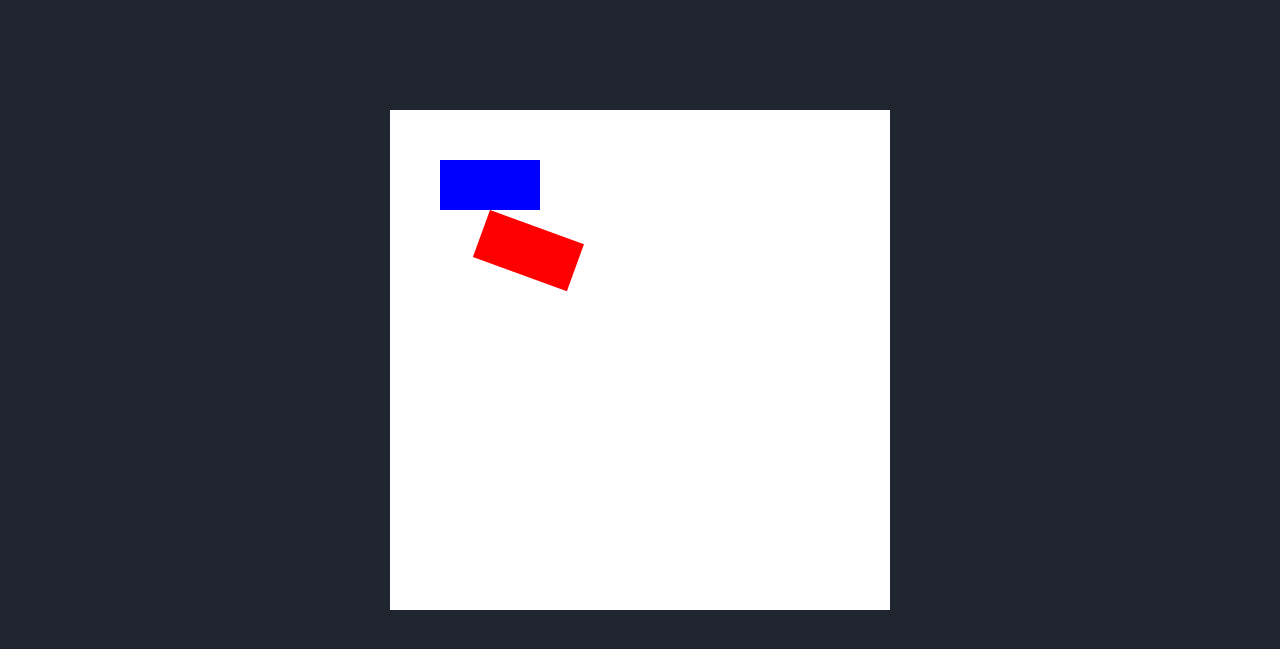
Repository: thecodeholic/cst-javascript-course
Page: /
The author's editor kept a copy of each file at every save. The page is drawn from the files as they stood at one save, then again after the next save.
The browser window is 1280 px wide. The pictures show the whole page.
The project was rebuilt for these pictures with package versions that can differ from the ones it lists, and the page was loaded fresh each time.

Above is the page before, as saved 2020-11-25 10:38:29.

### index.html
<!doctype html>
<html lang="en">
  <head>
    <!-- Required meta tags -->
    <meta charset="utf-8">
    <meta name="viewport" content="width=device-width, initial-scale=1, shrink-to-fit=no">

    <!-- Bootstrap CSS -->
    <link rel="stylesheet" href="https://stackpath.bootstrapcdn.com/bootstrap/4.5.2/css/bootstrap.min.css" integrity="sha384-JcKb8q3iqJ61gNV9KGb8thSsNjpSL0n8PARn9HuZOnIxN0hoP+VmmDGMN5t9UJ0Z" crossorigin="anonymous">

    <title>Javascript Course</title>

    <link rel="stylesheet" href="app.css">
  </head>
  <body>
    <canvas id="myCanvas" width="500" height="500">Your browser does not support canvas</canvas>
    <script src="app.js"></script>
    <!-- <script src="homework.js"></script> -->
  </body>
</html>

### app.css
* {
    box-sizing: border-box;
}
html {
    height: 100%;
}

body {
    background-color: rgb(31, 38, 48);
    display: flex;
    align-items: center;
    justify-content: center;
    height: 100%;;
}

canvas {
    background-color: #FFF;

}

### app.js
// What is canvas?
// https://developer.mozilla.org/en-US/docs/Web/API/Canvas_API/Tutorial
// https://www.w3schools.com/html/html5_canvas.asp
// https://www.w3schools.com/graphics/canvas_intro.asp
// https://www.w3schools.com/graphics/canvas_reference.asp
// https://developer.mozilla.org/en-US/docs/Web/API/Canvas_API

// How to create it and use it
const canvas = document.getElementById('myCanvas');
const ctx = canvas.getContext('2d');

// Draw rectangles
// =================
// fillRect
ctx.fillStyle = 'blue';
ctx.fillRect(50, 50, 100, 50);


ctx.translate(100, 100);
ctx.rotate(degToRad(20))
ctx.fillStyle = 'red';
ctx.fillRect(0, 0, 100, 50);

function degToRad(deg) {
    return (Math.PI/180) * deg;
}

// // strokeRect
// ctx.strokeStyle = 'green';
// ctx.lineWidth = 4;
// ctx.strokeRect(200, 50, 100, 50);

// // clearRect
// ctx.clearRect(55, 55, 90, 40);

// // fillText
// ctx.font = '36px Arial';
// ctx.fillStyle = 'purple';
// ctx.fillText("Hello World", 200, 200)

// // strokeText
// ctx.lineWidth = 1;
// ctx.strokeText("Hello World", 200, 250);

// // Paths   beginPath, moveTo, lineTo, closePath, stroke, fill
// // ==============
// ctx.beginPath();
// ctx.moveTo(200, 300);
// ctx.lineTo(300, 300);
// ctx.lineTo(300, 400);
// ctx.closePath();
// ctx.stroke();

// // Arcs
// // ====================
// ctx.beginPath();
// ctx.lineWidth = 4;
// ctx.arc(100, 300, 50, 0, 2 * Math.PI);
// ctx.stroke();

// ctx.beginPath();
// ctx.moveTo(75, 25);
// ctx.quadraticCurveTo(25, 25, 25, 62.5);
// ctx.quadraticCurveTo(25, 100, 50, 100);
// ctx.quadraticCurveTo(50, 120, 30, 125);
// ctx.quadraticCurveTo(60, 120, 65, 100);
// ctx.quadraticCurveTo(125, 100, 125, 62.5);
// ctx.quadraticCurveTo(125, 25, 75, 25);
// ctx.stroke();

// Draw image
// ====================
// const image = new Image();
// image.src = 'char.png';
// image.onload = function() {
//     canvas.width = 100;
//     canvas.height = 100;
//     ctx.drawImage(image, 0, 0);
//     const data = ctx.getImageData(130, 130, 30, 30);
//     console.log(data);
//     ctx.putImageData(data, 200, 200);
// }

// Write text
// ====================

// Ball animation
// const ball = {
//     x: 100,
//     y: 100,
//     r: 20,
//     dx: 0,
//     dy: 0
// };


// function clear(){
//     ctx.clearRect(0, 0, canvas.width, canvas.height)
// }

// function drawBall() {
//     clear();
//     ctx.beginPath();

//     if (ball.x + ball.r >= canvas.width || ball.x - ball.r <= 0) {
//         ball.dx *= -1;
//     }
//     if (ball.y + ball.r >= canvas.height || ball.y - ball.r <= 0) {
//         ball.dy *= -1;
//     }

//     ctx.arc(ball.x, ball.y, ball.r, 0, 2 * Math.PI);
//     ctx.fillStyle = 'green'
//     ctx.fill();

//     ball.x += ball.dx;
//     ball.y += ball.dy;
// }

// function update() {
//     drawBall();

//     requestAnimationFrame(update);
// }

// document.addEventListener('keydown', function(ev) {
//     console.log(ev);
//     if (ev.key === 'ArrowRight') {
//         ball.dx = 3;
//     } else if (ev.key === 'ArrowLeft') {
//         ball.dx = -3;
//     } else if (ev.key === 'ArrowUp') {
//         ball.dy = -3;
//     } else if (ev.key === 'ArrowDown') {
//         ball.dy = 3;
//     }

// });

// document.addEventListener('keyup', function() {
//     ball.dx = 0;
//     ball.dy = 0;
// })

// update();

Loaded but not shown: src/index.js (no copy from this time; the picture is the same without it)

After the next save:
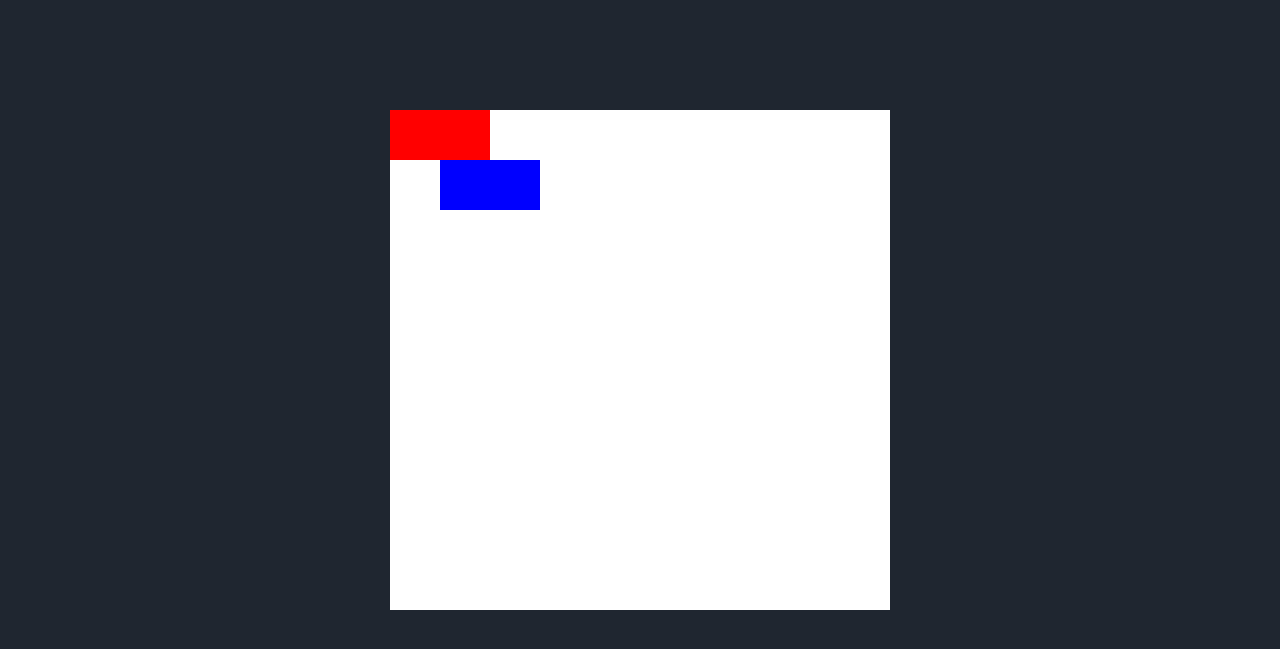
Saved 32 s later.
--- a/app.js
+++ b/app.js
@@ -15,9 +15,6 @@ const ctx = canvas.getContext('2d');
 ctx.fillStyle = 'blue';
 ctx.fillRect(50, 50, 100, 50);
 
-
-ctx.translate(100, 100);
-ctx.rotate(degToRad(20))
 ctx.fillStyle = 'red';
 ctx.fillRect(0, 0, 100, 50);
 
